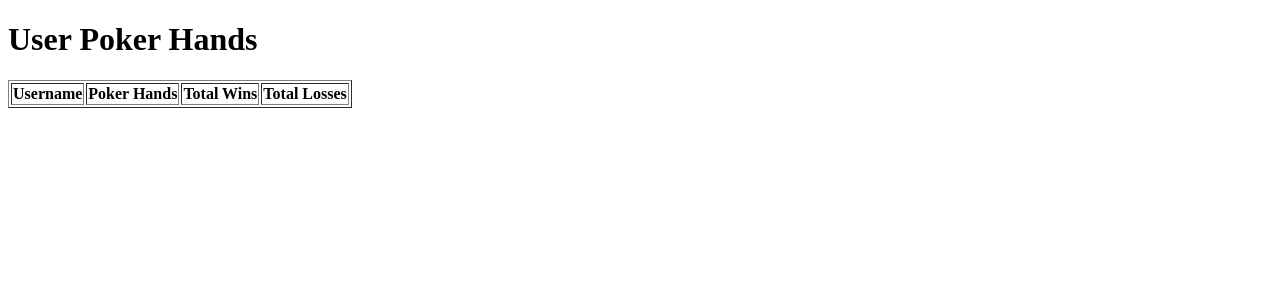
Repository: KidBillionaire/newapp
Page: public/index.html
An editor plug-in stored every save of this project. The page is shown before and after the next save, followed by the edit.
The browser window is 1280 px wide. The pictures show the whole page.
The page's requests for data from a server got no answer.

Above is the page before, as saved 2024-10-10 15:40:45.

### public/index.html
<!-- public/index.html -->
<!DOCTYPE html>
<html lang="en">
<head>
  <meta charset="UTF-8">
  <meta name="viewport" content="width=device-width, initial-scale=1.0">
  <title>User Poker Hands</title>
  <script defer src="/js/app.js"></script> <!-- Link to frontend JS -->
</head>
<body>
  <h1>User Poker Hands</h1>
  <table id="userTable" border="1">
    <thead>
      <tr>
        <th>Username</th>
        <th>Poker Hands</th>
        <th>Total Wins</th>
        <th>Total Losses</th>
      </tr>
    </thead>
    <tbody></tbody> <!-- This will be filled dynamically -->
  </table>
</body>
</html>

### public/js/app.js
// public/js/app.js

// Wait for the DOM content to fully load
document.addEventListener('DOMContentLoaded', () => {
  // Function to fetch user data and render it in the table
  async function fetchUserData() {
    try {
      // Fetch the data from the backend
      const response = await fetch('/users');
      const users = await response.json();

      // Get the table body element
      const tableBody = document.querySelector('#userTable tbody');

      // Clear any existing rows
      tableBody.innerHTML = '';

      // Iterate over each user and create a row
      users.forEach(user => {
        // Create a new table row element
        const row = document.createElement('tr');

        // Populate the row with user data
        row.innerHTML = `
          <td>${user.username}</td>
          <td>${user.pokerHands.map(hand => `${hand.hand} (${hand.result})`).join(', ')}</td>
          <td>${user.totalWins}</td>
          <td>${user.totalLosses}</td>
        `;

        // Append the row to the table body
        tableBody.appendChild(row);
      });
    } catch (error) {
      console.error('Error fetching user data:', error);
    }
  }

  // Fetch and display the user data when the page loads
  fetchUserData();
});

After the next save:
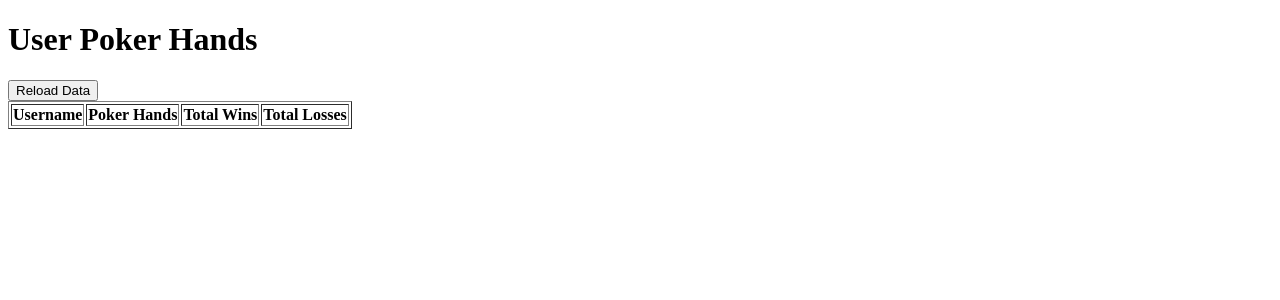
Saved 3 min 50 s later.
--- a/public/index.html
+++ b/public/index.html
@@ -1,14 +1,14 @@
-<!-- public/index.html -->
 <!DOCTYPE html>
 <html lang="en">
 <head>
   <meta charset="UTF-8">
   <meta name="viewport" content="width=device-width, initial-scale=1.0">
   <title>User Poker Hands</title>
-  <script defer src="/js/app.js"></script> <!-- Link to frontend JS -->
+  <script defer src="/js/app.js"></script>
 </head>
 <body>
   <h1>User Poker Hands</h1>
+  <button id="reloadButton">Reload Data</button> <!-- New Button Element -->
   <table id="userTable" border="1">
     <thead>
       <tr>
